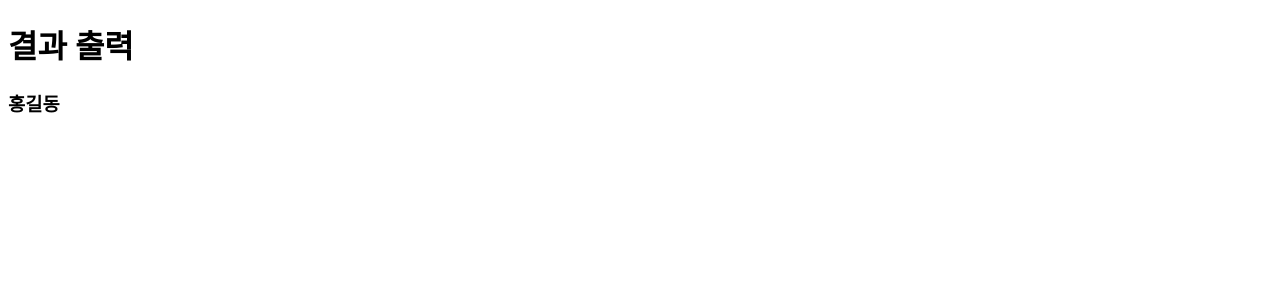
Repository: HwangEojin/homework
Page: http://localhost/day03/jstlTest.jsp
An editor plug-in stored every save of this project. The page is shown before and after the next save, followed by the edit.
The browser window is 1280 px wide. The pictures show the whole page.
The page is served by Tomcat 9. Other server files are loaded and not shown.

Above is the page before, as saved 2025-01-14 05:06:44.

### week09/day03/src/main/webapp/jstlTest.jsp
<%@ page language="java" contentType="text/html; charset=UTF-8"
    pageEncoding="UTF-8"%>
<%@ taglib uri="http://java.sun.com/jsp/jstl/core" prefix="c" %>
<!DOCTYPE html>
<html>
<head>
<meta charset="UTF-8">
<title>Insert title here</title>
</head>
<body>

	<h1>결과 출력</h1>
	<%pageContext.setAttribute("name", "홍길동"); %>
	<h3>${name}</h3>
	<h3>${param.name}</h3>
</body>
</html>

After the next save:
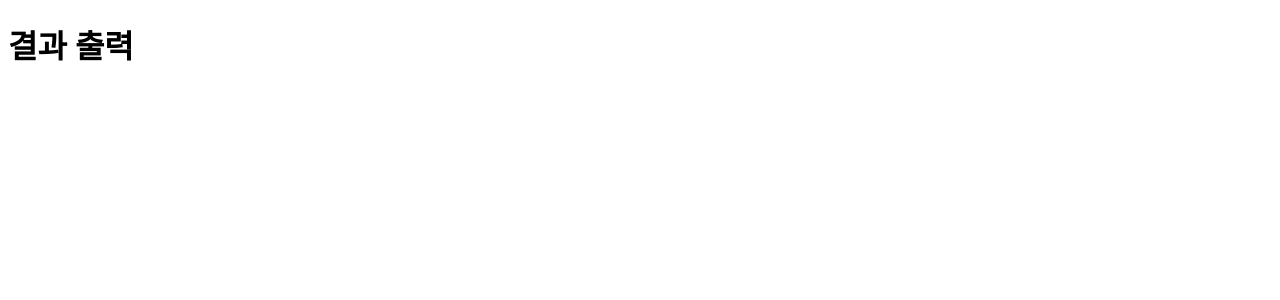
Saved 2 min 50 s later.
--- a/week09/day03/src/main/webapp/jstlTest.jsp
+++ b/week09/day03/src/main/webapp/jstlTest.jsp
@@ -10,7 +10,7 @@
 <body>
 
 	<h1>결과 출력</h1>
-	<%pageContext.setAttribute("name", "홍길동"); %>
+<%-- 	<%pageContext.setAttribute("name", "홍길동"); %> --%>
 	<h3>${name}</h3>
 	<h3>${param.name}</h3>
 </body>
